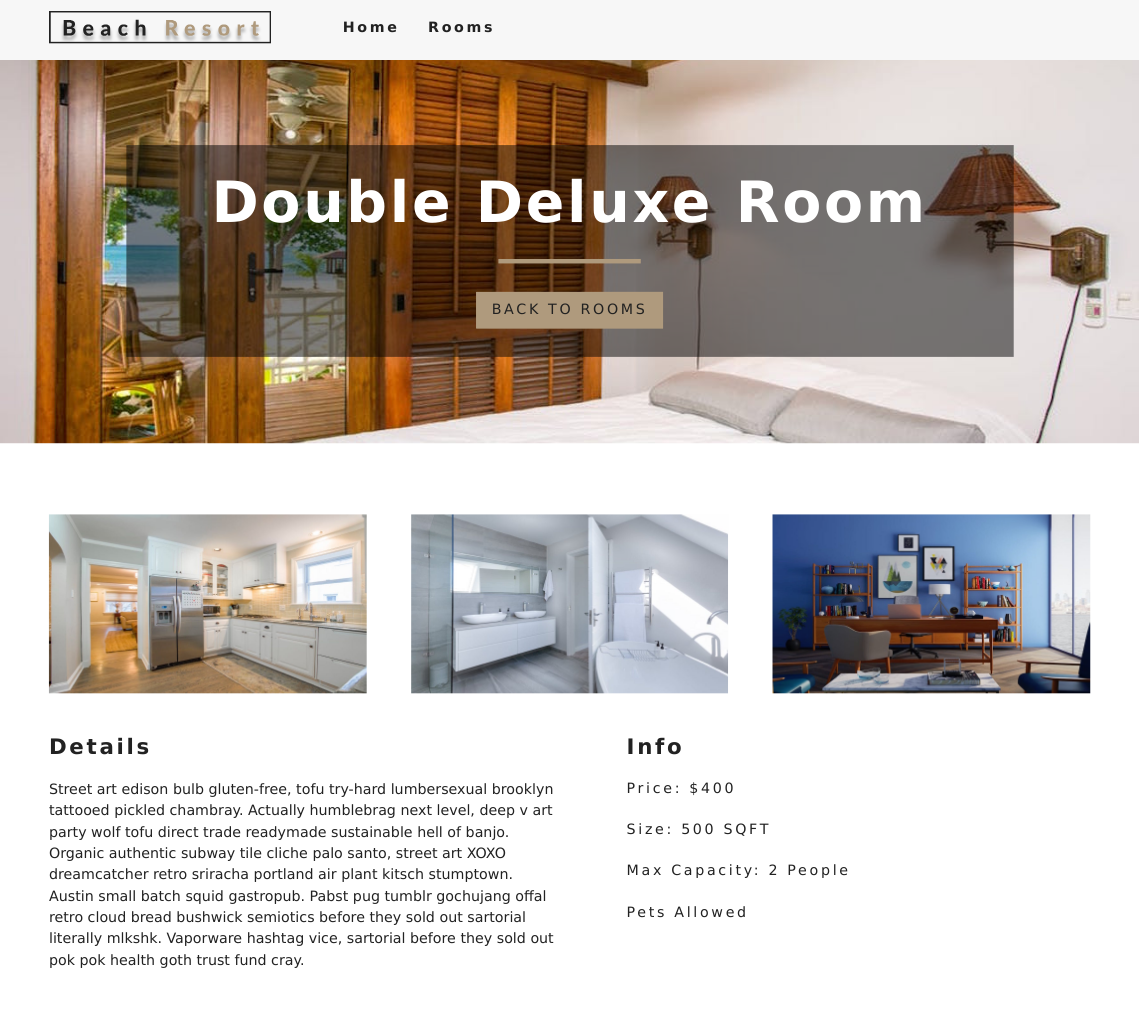
Repository: thanhn379/react-beach-resort
Page: /rooms/double-deluxe
The author's editor kept a copy of each file at every save. The page is drawn from the files as they stood at one save, then again after the next save.
The browser window is 1280 px wide. The pictures show the whole page, at 89% of full size.
The project was rebuilt for these pictures with package versions that can differ from the ones it lists, and the page was loaded fresh each time. Also part of the build but not shown: src/components/Hero.js, src/components/Title.js, src/components/Services.js, src/components/Loading.js, src/components/Room.js, src/components/FeaturedRooms.js, src/pages/Home.js, src/pages/Rooms.js and 1 more.

Above is the page before, as saved 2019-11-16 07:11:10.

### public/index.html
<!DOCTYPE html>
<html lang="en">
  <head>
    <meta charset="utf-8" />
    <link rel="icon" href="%PUBLIC_URL%/favicon.ico" />
    <meta name="viewport" content="width=device-width, initial-scale=1" />
    <meta name="theme-color" content="#000000" />
    <meta
      name="description"
      content="Web site created using create-react-app"
    />
    <link rel="apple-touch-icon" href="logo192.png" />
    <!--
      manifest.json provides metadata used when your web app is installed on a
      user's mobile device or desktop. See https://developers.google.com/web/fundamentals/web-app-manifest/
    -->
    <link rel="manifest" href="%PUBLIC_URL%/manifest.json" />
    <!--
      Notice the use of %PUBLIC_URL% in the tags above.
      It will be replaced with the URL of the `public` folder during the build.
      Only files inside the `public` folder can be referenced from the HTML.

      Unlike "/favicon.ico" or "favicon.ico", "%PUBLIC_URL%/favicon.ico" will
      work correctly both with client-side routing and a non-root public URL.
      Learn how to configure a non-root public URL by running `npm run build`.
    -->
    <title>Resort recording</title>
  </head>
  <body>
    <noscript>You need to enable JavaScript to run this app.</noscript>
    <div id="root"></div>
    <!--
      This HTML file is a template.
      If you open it directly in the browser, you will see an empty page.

      You can add webfonts, meta tags, or analytics to this file.
      The build step will place the bundled scripts into the <body> tag.

      To begin the development, run `npm start` or `yarn start`.
      To create a production bundle, use `npm run build` or `yarn build`.
    -->
  </body>
</html>

### src/index.js
import React from "react";
import ReactDOM from "react-dom";
import { BrowserRouter as Router } from "react-router-dom";
// import './index.css';
import App from "./App";
import * as serviceWorker from "./serviceWorker";
import { RoomProvider } from "./context";

ReactDOM.render(
  <RoomProvider>
    <Router>
      <App />
    </Router>
  </RoomProvider>,
  document.getElementById("root")
);

// If you want your app to work offline and load faster, you can change
// unregister() to register() below. Note this comes with some pitfalls.
// Learn more about service workers: https://bit.ly/CRA-PWA
serviceWorker.unregister();

### src/App.js
import React from "react";
import "./App.css";

import NavBar from "./components/NavBar";

import Home from "./pages/Home";
import Rooms from "./pages/Rooms";
import SingleRoom from "./pages/SingleRoom";
import Error from "./pages/Error";

import { Route, Switch } from "react-router-dom";

function App() {
  return (
    <>
      <NavBar />
      <Switch>
        <Route exact path="/" component={Home} />
        <Route exact path="/rooms/" component={Rooms} />
        <Route exact path="/rooms/:slug/" component={SingleRoom} />
        <Route component={Error} />
      </Switch>
    </>
  );
}

export default App;

### src/context.js
import React, { Component } from "react";
import items from "./data";

const RoomContext = React.createContext();

class RoomProvider extends Component {
  state = { rooms: [], sortedRooms: [], featuredRooms: [], loading: true };

  //getData

  componentDidMount() {
    // this.getData
    let rooms = this.formatData(items);
    let featuredRooms = rooms.filter(room => room.featured === true);

    this.setState({ rooms, featuredRooms, sortedRooms: rooms, loading: false });
  }

  formatData(items) {
    let tempItems = items.map(item => {
      let id = item.sys.id;
      let images = item.fields.images.map(image => image.fields.file.url);

      let room = { ...item.fields, images, id };

      return room;
    });

    return tempItems;
  }

  getRoom = slug => {
    let tempRooms = [...this.state.rooms];
    const room = tempRooms.find(room => room.slug === slug);
    return room;
  };

  render() {
    return (
      <RoomContext.Provider value={{ ...this.state, getRoom: this.getRoom }}>
        {this.props.children}
      </RoomContext.Provider>
    );
  }
}

const RoomConsumer = RoomContext.Consumer;

export { RoomProvider, RoomConsumer, RoomContext };

### src/components/NavBar.js
import React, { Component } from "react";
import Logo from "../images/logo.svg";
import { FaAlignRight } from "react-icons/fa";
import { Link } from "react-router-dom";

export default class NavBar extends Component {
  state = {
    isOpen: false
  };
  handleToggle = () => {
    this.setState({ isOpen: !this.state.isOpen });
  };
  render() {
    return (
      <nav className="navbar">
        <div className="nav-center">
          <div className="nav-header">
            <Link to="/">
              <img src={Logo} alt="Beach Resort" />
            </Link>
            <button
              type="button"
              className="nav-btn"
              onClick={this.handleToggle}
            >
              <FaAlignRight className="nav-icon" />
            </button>
          </div>
          <ul
            className={this.state.isOpen ? "nav-links show-nav" : "nav-links"}
          >
            <li>
              <Link to="/">Home</Link>
            </li>
            <li>
              <Link to="/rooms">Rooms</Link>
            </li>
          </ul>
        </div>
      </nav>
    );
  }
}

### src/pages/SingleRoom.js
import React, { Component } from "react";
import defaultBcg from "../images/room-1.jpeg";
import Hero from "../components/Hero";
import Banner from "../components/Banner";
import { Link } from "react-router-dom";
import { RoomContext } from "../context";
import StyledHero from "../components/StyledHero";

export default class SingleRoom extends Component {
  constructor(props) {
    super(props);
    this.state = {
      slug: this.props.match.params.slug,
      defaultBcg
    };
  }

  static contextType = RoomContext;

  render() {
    const { getRoom } = this.context;
    let room = getRoom(this.state.slug);

    if (!room) {
      return (
        <div className="error">
          <h3>no search room could be found...</h3>
          <Link to="/rooms" className="btn-primary">
            back to rooms
          </Link>
        </div>
      );
    }

    const {
      name,
      description,
      capacity,
      size,
      price,
      extrasbreakfast,
      pets,
      images
    } = room;

    let [mainImg, ...defaultImg] = images;

    return (
      <>
        <StyledHero img={mainImg || this.state.defaultBcg}>
          <Banner title={`${name} room`}>
            <Link to="/rooms" className="btn-primary">
              back to rooms
            </Link>
          </Banner>
        </StyledHero>

        <section className="single-room">
          <div className="single-room-images">
            {defaultImg.map((item, index) => {
              return <img key={index} src={item} alt={name} />;
            })}
          </div>

          <div className="single-room-info">
            <article className="desc">
              <h3>details</h3>
              <p>{description}</p>
            </article>
            <article className="info">
              <h3>info</h3>
              <h6>price: ${price}</h6>
              <h6>size: {size} SQFT</h6>
              <h6>
                max capacity: {capacity} {capacity > 1 ? " People" : " Person"}
              </h6>
              <h6>{pets ? "pets allowed" : "no pets allowed"}</h6>
            </article>
          </div>
        </section>
      </>
    );
  }
}

Loaded but not shown: src/serviceWorker.js (common file); src/App.css (common file); src/components/Banner.js (common file); src/components/StyledHero.js (common file); src/data.js (760 lines, source omitted)

After the next save:
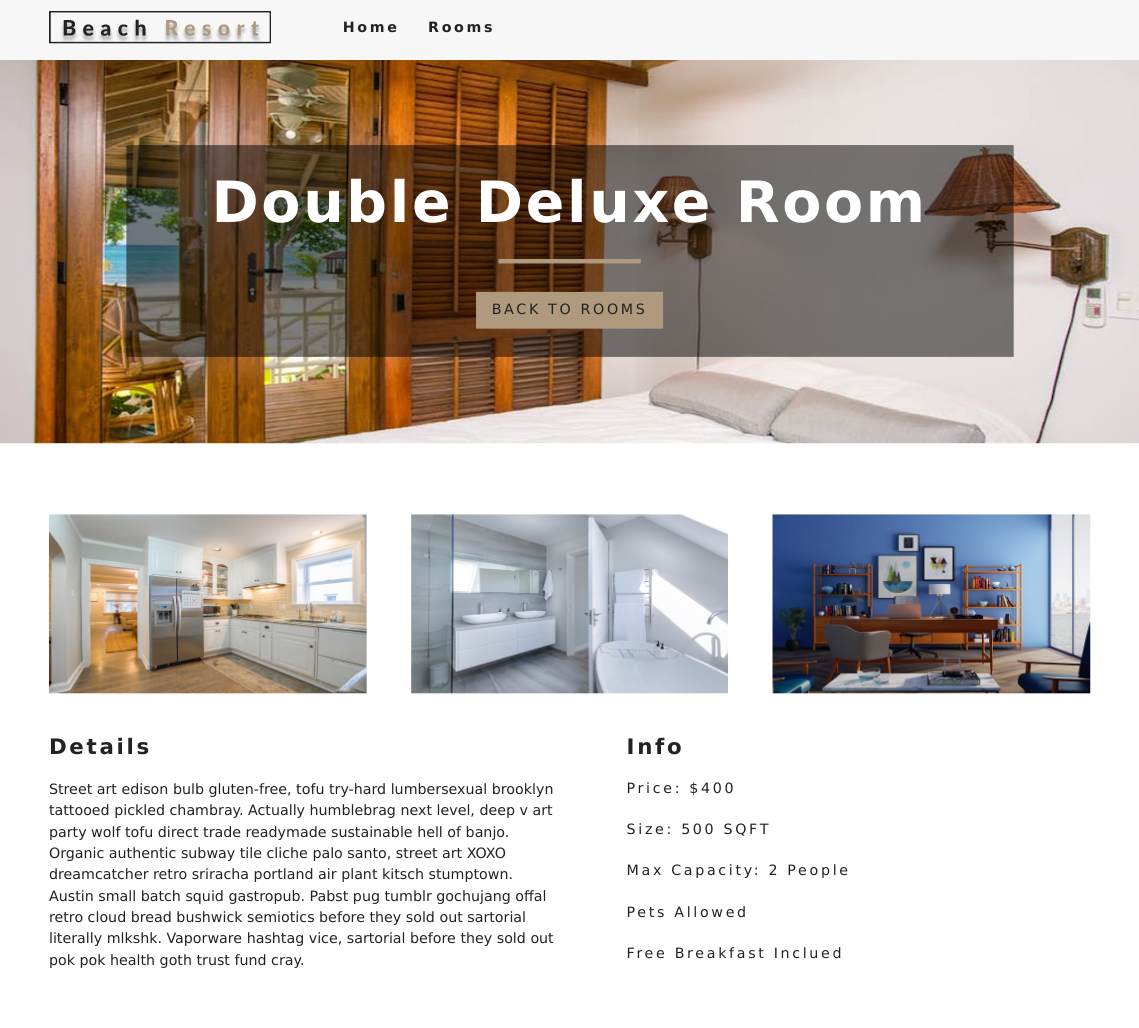
Saved 14 min 38 s later.
--- a/src/pages/SingleRoom.js
+++ b/src/pages/SingleRoom.js
@@ -40,6 +40,7 @@ export default class SingleRoom extends Component {
       price,
       extrasbreakfast,
       pets,
+      breakfast,
       images
     } = room;
 
@@ -75,6 +76,7 @@ export default class SingleRoom extends Component {
                 max capacity: {capacity} {capacity > 1 ? " People" : " Person"}
               </h6>
               <h6>{pets ? "pets allowed" : "no pets allowed"}</h6>
+              <h6>{breakfast && "free breakfast inclued"}</h6>
             </article>
           </div>
         </section>
